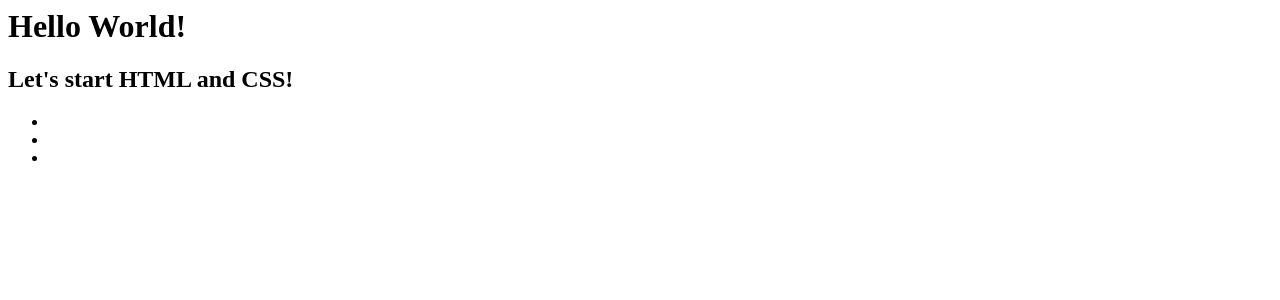
Repository: komikomi650/samurai_HTML-CSS
Page: samurai/index.html
The author's editor kept a record of every edit. The page is drawn from the files as they stood at one moment, then again after the next edit.
The browser window is 1280 px wide. The pictures show the whole page.

Above is the page before.

### samurai/index.html
<h1>Hello World!</h1>
<h2>Let's start HTML and CSS!</h2>
<ul>
    <li></li>
    <li></li>
    <li></li>
</ul>

After the next edit:
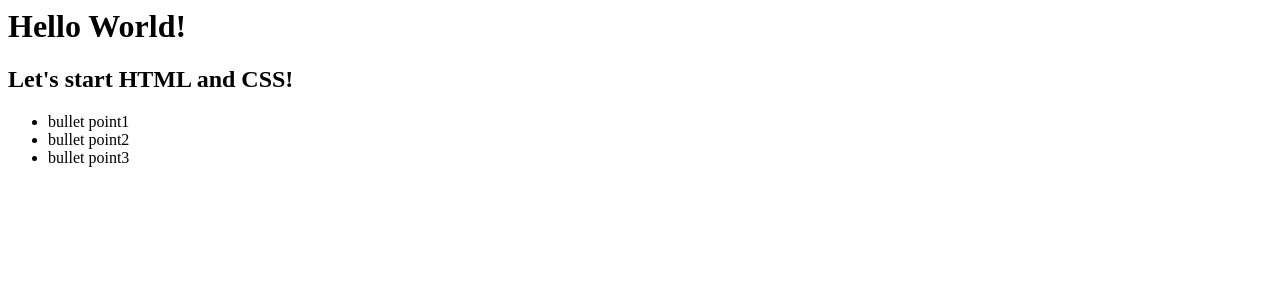
The edit:
--- a/samurai/index.html
+++ b/samurai/index.html
@@ -1,7 +1,7 @@
 <h1>Hello World!</h1>
 <h2>Let's start HTML and CSS!</h2>
 <ul>
-    <li></li>
-    <li></li>
-    <li></li>
+    <li>bullet point1</li>
+    <li>bullet point2</li>
+    <li>bullet point3</li>
 </ul>
